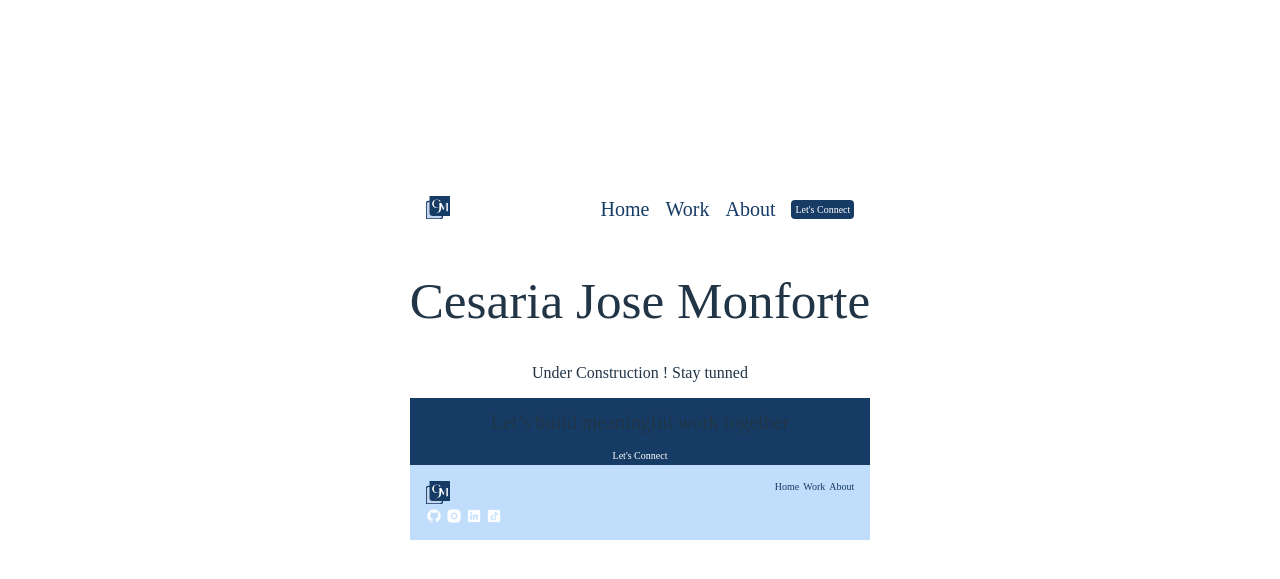
Repository: CesariaMonforte/cesariamonforte
Page: /
An editor plug-in stored every save of this project. The page is shown before and after the next save, followed by the edit.
The browser window is 1280 px wide. The pictures show the whole page.
The project was rebuilt for these pictures with package versions that can differ from the ones it lists, and the page was loaded fresh each time. Also part of the build but not shown: vite.config.js.

Above is the page before, as saved 2026-01-25 14:26:49.

### index.html
<!doctype html>
<html lang="en">
  <head>
    <meta charset="UTF-8" />
    <link rel="icon" type="image/svg+xml" href="/Logo.svg" />
    <meta name="viewport" content="width=device-width, initial-scale=1.0" />
    <title>cesariamonforte</title>
  </head>
  <body>
    <div id="root"></div>
    <script type="module" src="/src/main.jsx"></script>
  </body>
</html>

### src/index.css
* {
    font: var(--font-family);
}
a {
    font-weight: 500;
    color: #163c66;
    text-decoration: inherit;
}
a:hover {
    color: #535bf2;
}

body {
    margin: 0;
    display: flex;
    place-items: center;
    min-width: 320px;
    min-height: 100vh;
}

h1 {
    font-size: 3.2em;
    line-height: 1.1;
}

button {
    border-radius: 8px;
    border: 1px solid transparent;
    padding: 0.6em 1.2em;
    font-size: 1em;
    font-weight: 500;
    font-family: inherit;
    background-color: #1a1a1a;
    cursor: pointer;
    transition: border-color 0.25s;
}
button:hover {
    border-color: #646cff;
}
button:focus,
button:focus-visible {
    outline: 4px auto -webkit-focus-ring-color;
}

@media (prefers-color-scheme: light) {
    :root {
        color: #213547;
        background-color: #ffffff;
    }
    a:hover {
        color: #747bff;
    }
    button {
        background-color: #f9f9f9;
    }
}

/* ------------------------------------------------------ VARIABLES ------------------------------------------------------ */
:root {
    /* ----- COLORS ----- */
    --primary-50: #ebf4fe;
    --primary-100: #c0ddfb;
    --primary-200: #a2ccf9;
    --primary-300: #78b5f7;
    --primary-400: #5da6f5;
    --primary-500: #3590f3;
    --primary-600: #3083dd;
    --primary-700: #2666ad;
    --primary-800: #1d4f86;
    --primary-900: #163c66;

    --secondary-500: #aadc66;
    --secondary-100: #e5f4d0;
    --secondary-700: #799c48;
    /* -- neutral colors -- */

    --bege-500: #fdf7eb;
    --white: #ffffff;
    --black-500: #060606;
    --black-400: #383838;
    --black-300: #585858;
    --black-200: #8c8c8c;
    --black-100: #b2b2b2;
    --black-50: #e6e6e6;

    /* -- warn colors -- */

    --yellow-500: #ffbf00;
    --orange-500: #ff6600;
    --red-500: #ff2f3d;

    /* ----- TYPE ----- */
    --font-family: "Bricolage Grotesque", sans-serif;

    --font-size-extra-large: 88px;
    --font-size-large: 30px;
    --font-size-extra-medium: 24px;
    --font-size-medium: 20px;
    --font-size-regular: 16px;
    --font-size-small: 12px;
    --font-size-extra-small: 10px;

    --font-style-normal: normal;
    --font-weight-bold: bold;

    --line-height-xxlarge: 100px;
    --line-height-large: 36px;
    --line-height-medium: 28px;
    --line-height-small: 20px;

    /* ----- SPACING ----- */
    --space-extra-small: 4px;
    --space-small: 8px;
    --space-regular: 16px;
    --space-medium: 32px;
    --space-large: 48px;
    --space-extra-large: 140px;
}

### src/App.jsx
import { useState } from "react";
import "./App.css";

import NavBar from "./_ui/NavBar/NavBar";
import Footer from "./_ui/Footer/Footer";
import ConnectBanner from "./_ui/ConnectBanner/ConnectBanner";

import RegButton from "./_ui/RegButton/RegButton";

function App() {
    function handleConnect() {}

    return (
        <div>
            <NavBar />

            <div>
                <h1>Cesaria Jose Monforte</h1>
                <p>Under Construction ! Stay tunned</p>
            </div>

            <ConnectBanner />
            <Footer />
        </div>
    );
}

export default App;

### src/_ui/NavBar/NavBar.jsx
import styles from "./NavBar.module.css";

import RegButton from "../RegButton/RegButton";

function NavBar({}) {
    return (
        <div className={styles.navbar}>
            <div>
                <img
                    src='/Logo.svg'
                    alt='logo'
                    className={styles.logo}
                />
            </div>

            <div className={styles.navLinks}>
                <a href='/'>Home</a>
                <a href='/'>Work</a>
                <a href='/'>About</a>
                <RegButton button_text={"Let's Connect"} />
            </div>
        </div>
    );
}
export default NavBar;

### src/_ui/Footer/Footer.jsx
import styles from "./Footer.module.css";

function Footer({}) {
    return (
        <div className={styles.footer_container}>
            <div className={styles.container_logo_connection}>
                <img
                    src='/Logo.svg'
                    alt='logo'
                    className={styles.logo}
                />
                <div className={styles.connection_links}>
                    <img
                        src='/GitHub.svg'
                        alt='logo'
                        className={styles.connection}
                    />
                    <img
                        src='/Instagram.svg'
                        alt='logo'
                        className={styles.connection}
                    />
                    <img
                        src='/LinkedIn.svg'
                        alt='logo'
                        className={styles.connection}
                    />
                    <img
                        src='/TikTok.svg'
                        alt='logo'
                        className={styles.connection}
                    />
                </div>
            </div>

            <div className={styles.navLinks}>
                <a href='/'>Home</a>
                <a href='/'>Work</a>
                <a href='/'>About</a>
            </div>
        </div>
    );
}
export default Footer;

### src/_ui/ConnectBanner/ConnectBanner.jsx
import styles from "./ConnectBanner.module.css";

import RegButton from "../RegButton/RegButton";

function ConnectBanner() {
    return (
        <div className={styles.banner_container}>
            <h1 className={styles.banner_text}>
                Let’s build meaningful work together
            </h1>
            <RegButton button_text="Let's Connect" />
        </div>
    );
}

export default ConnectBanner;

### src/_ui/RegButton/RegButton.jsx
import styles from "./RegButton.module.css";

function RegButton({ button_text, onclick }) {
    return (
        <>
            <div
                onClick={onclick}
                className={styles.button_reg}>
                {button_text}
            </div>
        </>
    );
}

export default RegButton;

### src/_ui/NavBar/NavBar.module.css
/* Extra small devices  */
@media (min-width: 200px) {
    .navbar {
        display: flex;
        flex-direction: row;
        justify-content: space-between;
        align-items: center;
        padding: 1rem;
        background-color: var(--white);
    }
    .navLinks {
        display: flex;
        flex-direction: row;
        justify-content: space-between;
        align-items: center;
        color: var(--primary-900);
        gap: 1rem;
        font-size: var(--font-size-extra-small);
    }
    .logo {
        width: 24px;
        height: auto;
    }
}

/* Regular iphone and tablet */

@media (min-width: 600px) {
    .navbar {
        display: flex;
        flex-direction: row;
        justify-content: space-between;
        align-items: center;
        padding: 1rem;
        background-color: var(--white);
    }
    .navLinks {
        display: flex;
        flex-direction: row;
        justify-content: space-between;
        align-items: center;
        color: var(--primary-900);
        gap: 1rem;
        font-size: var(--font-size-small);
    }
    .logo {
        width: 24px;
        height: auto;
    }
}

/* Laptops Desktop Devices */
@media (min-width: 900px) {
    .navbar {
        display: flex;
        flex-direction: row;
        justify-content: space-between;
        align-items: center;
        padding: 1rem;
        background-color: var(--white);
    }
    .navLinks {
        display: flex;
        flex-direction: row;
        justify-content: space-between;
        align-items: center;
        color: var(--primary-900);
        gap: 1rem;
        font-size: var(--font-size-medium);
    }
    .logo {
        width: 24px;
        height: auto;
    }
}

/* Extra large Desktop Devices */
@media (min-width: 1300) {
    .navbar {
        display: flex;
        flex-direction: row;
        justify-content: space-between;
        align-items: center;
        padding: 1rem;
        background-color: var(--white);
    }
    .navLinks {
        display: flex;
        flex-direction: row;
        justify-content: space-between;
        align-items: center;
        color: var(--primary-900);
        gap: 1rem;
        font-size: var(--font-size-medium);
    }
    .logo {
        width: 24px;
        height: auto;
    }
}

### src/_ui/Footer/Footer.module.css
/* Extra small devices  */
@media (min-width: 200px) {
    .footer_container {
        display: flex;
        flex-direction: row;

        align-items: flex-start;
        justify-content: space-between;
        padding: 1rem;
        background-color: var(--primary-100);
    }
    .navLinks {
        display: flex;
        flex-direction: row;
        gap: var(--space-extra-small);
        align-items: flex-end;
        color: var(--primary-900);
        font-size: var(--font-size-extra-small);
    }
    .logo {
        width: 24px;
        height: auto;
    }

    .container_logo_connection {
        display: flex;
        flex-direction: column;
        align-items: flex-start;
        gap: var(--space-extra-small);
    }

    .connection_links {
        display: flex;
        flex-direction: row;
        gap: var(--space-extra-small);
    }
    .connection {
        width: 16px;
        height: auto;
    }
}

/* Regular iphone and tablet */

@media (min-width: 600px) {
    .footer_container {
        display: flex;
        flex-direction: row;
        justify-content: space-between;
        align-items: flex-start;
        padding: 1rem;
        background-color: var(--primary-100);
    }
    .navLinks {
        display: flex;
        flex-direction: row;
        gap: var(--space-extra-small);
        align-items: flex-end;
        color: var(--primary-900);
        font-size: var(--font-size-extra-small);
    }
    .logo {
        width: 24px;
        height: auto;
    }

    .container_logo_connection {
        display: flex;
        flex-direction: column;
        align-items: flex-start;
        gap: var(--space-extra-small);
    }

    .connection_links {
        display: flex;
        flex-direction: row;
        gap: var(--space-extra-small);
    }
    .connection {
        width: 16px;
        height: auto;
    }
}

/* Laptops Desktop Devices */
@media (min-width: 900px) {
    .footer_container {
        display: flex;
        justify-content: space-between;
        flex-direction: row;
        align-items: flex-start;
        padding: 1rem;
        background-color: var(--primary-100);
    }
    .navLinks {
        display: flex;
        flex-direction: row;
        gap: var(--space-extra-small);
        align-items: flex-end;
        color: var(--primary-900);
        font-size: var(--font-size-extra-small);
    }
    .logo {
        width: 24px;
        height: auto;
    }

    .container_logo_connection {
        display: flex;
        flex-direction: column;
        align-items: flex-start;
        gap: var(--space-extra-small);
    }

    .connection_links {
        display: flex;
        flex-direction: row;
        gap: var(--space-extra-small);
    }
    .connection {
        width: 16px;
        height: auto;
    }
}

/* Extra large Desktop Devices */
@media (min-width: 1300) {
    .navbar {
        display: flex;
        flex-direction: row;
        justify-content: space-between;
        align-items: center;
        padding: 1rem;
        background-color: var(--white);
    }
    .navLinks {
        display: flex;
        flex-direction: row;
        justify-content: space-between;
        align-items: center;
        color: var(--primary-900);
        gap: 1rem;
        font-size: var(--font-size-medium);
    }
    .logo {
        width: 24px;
        height: auto;
    }
}

### src/_ui/ConnectBanner/ConnectBanner.module.css
.banner_container {
    display: flex;
    flex-direction: column;
    align-items: center;
    background-color: var(--primary-900);
}

.banner_text {
    font-size: var(--font-size-medium);
    color: var(--back);
    text-align: center;
}

### src/_ui/RegButton/RegButton.module.css
.button_reg {
    background-color: var(--primary-900);
    border-radius: var(--space-extra-small);
    color: var(--white);
    font-size: var(--font-size-extra-small);
    padding: var(--space-extra-small);
    width: fit-content;
    height: auto;
}

.button_reg:hover {
    background-color: var(--white);
    border-radius: var(--space-extra-small);
    color: var(--primary-900);
    font-size: var(--font-size-extra-small);
    padding: var(--space-extra-small);
    width: fit-content;
    height: auto;
    border: 1px solid var(--primary-900);
}

Loaded but not shown: src/main.jsx (common file); src/App.css (common file)

After the next save:
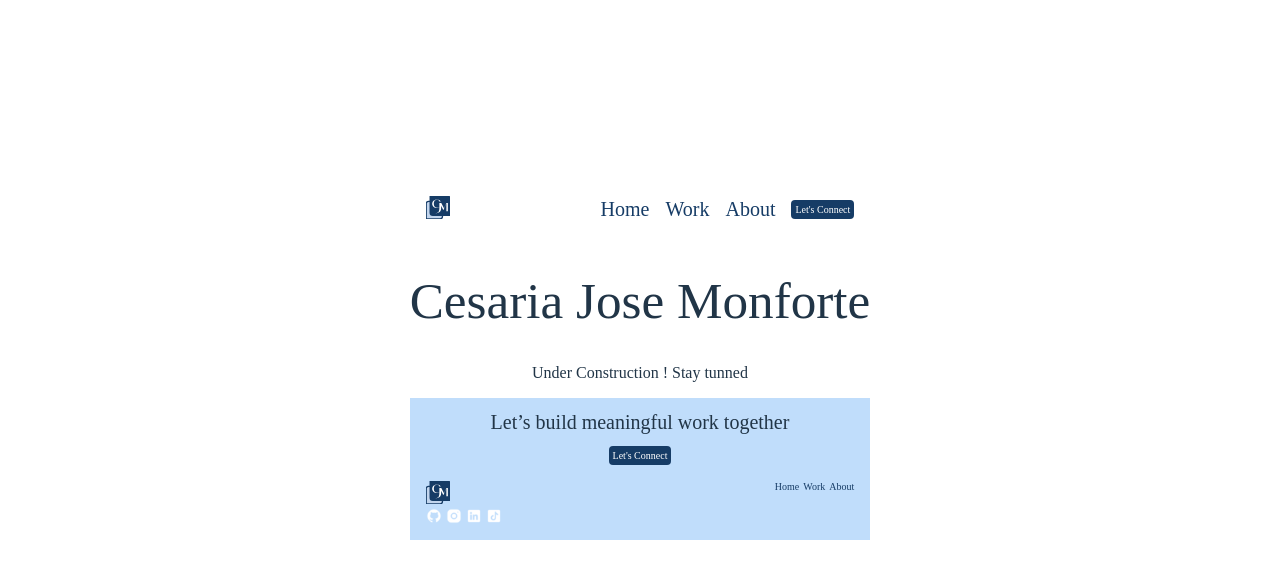
Saved 41 s later.
--- a/src/_ui/ConnectBanner/ConnectBanner.module.css
+++ b/src/_ui/ConnectBanner/ConnectBanner.module.css
@@ -2,7 +2,7 @@
     display: flex;
     flex-direction: column;
     align-items: center;
-    background-color: var(--primary-900);
+    background-color: var(--primary-100);
 }
 
 .banner_text {
